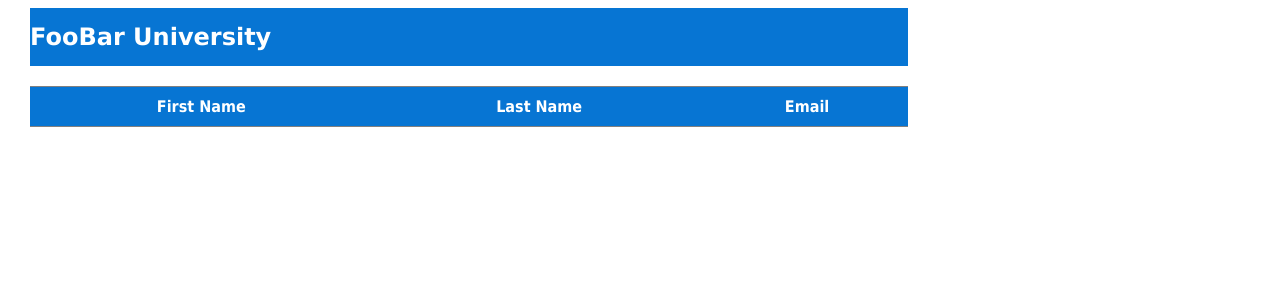
Repository: sanjeev11235/Arch1
Page: http://localhost/web-student-tracker-jstl/StudentControllerServlet
These files come from the project's save history. The page is drawn as it stood at one moment and after the next save; the edit follows.
The browser window is 1280 px wide. The pictures show the whole page.
The page is served by Tomcat 9. Other server files are loaded and not shown. Queries for data that is not in the repository find no rows.

Above is the page before, as saved 2019-10-23 10:55:36.

### JSP-Servlets-JDBC/web-student-tracker-jstl/WebContent/list-students.jsp
<%@ page language="java" contentType="text/html; charset=ISO-8859-1"
    pageEncoding="ISO-8859-1"%>
<%@ taglib uri="http://java.sun.com/jsp/jstl/core" prefix="c" %>
<!DOCTYPE html>
<html>
	<head>
		<meta charset="ISO-8859-1">
		<title>Student Tracker App</title>
		<link type="text/css" rel="stylesheet" href="css/style.css">
	</head>

	<body>
		<div id ="wrapper">
			<div id="header">
				<h2>FooBar University</h2>
			</div>
		</div>

		<div id="container">
			<div id="content">
				<table>
					<tr>
						<th>First Name</th>
						<th>Last Name</th>
						<th>Email</th>
					</tr>


					<c:forEach var="tempStudent" items="${STUDENT_LIST}">
					<tr>
						<td>${tempStudent.firstName}</td>
						<td>${tempStudent.lastName}</td>
						<td>${tempStudent.email}</td>
					</tr>
					</c:forEach>
				</table>

			</div>
		</div>
	</body>
</html>

### JSP-Servlets-JDBC/web-student-tracker-jstl/src/com/san/web/jdbc/StudentControllerServlet.java
package com.san.web.jdbc;

import java.io.IOException;
import java.util.List;

import javax.annotation.Resource;
import javax.servlet.RequestDispatcher;
import javax.servlet.ServletException;
import javax.servlet.annotation.WebServlet;
import javax.servlet.http.HttpServlet;
import javax.servlet.http.HttpServletRequest;
import javax.servlet.http.HttpServletResponse;
import javax.sql.DataSource;

/**
 * Servlet implementation class StudentControllerServlet
 */
@WebServlet("/StudentControllerServlet")
public class StudentControllerServlet extends HttpServlet {
	private static final long serialVersionUID = 1L;

	private StudentDbUtil studentDbUtil;

	@Resource(name="jdbc/web_student_tracker")
	private DataSource dataSource;



	@Override
	public void init() throws ServletException {
		super.init();

		//create our student db util .. and pass in the conn pool/ datasource
		try {
			studentDbUtil= new StudentDbUtil(dataSource);
		}
		catch (Exception e) {
			throw new ServletException(e);
		}

	}



	/**
	 * @see HttpServlet#doGet(HttpServletRequest request, HttpServletResponse response)
	 */
	protected void doGet(HttpServletRequest request, HttpServletResponse response) throws ServletException, IOException {

		// list the students .. in MVC fashion
		try {
			listStudent(request,response);
		} catch (Exception e) {
			// TODO Auto-generated catch block
			throw new ServletException(e);
		}
	}



	private void listStudent(HttpServletRequest request, HttpServletResponse response) throws Exception {

		// get students from db util
		List<Student> students = studentDbUtil.getStudents();

		// add students to the request
		request.setAttribute("STUDENT_LIST", students);

		//send to JSP page
		RequestDispatcher dispatcher =request.getRequestDispatcher("/list-students.jsp");
		dispatcher.forward(request, response);
	}



}

### JSP-Servlets-JDBC/web-student-tracker-jstl/WebContent/css/style.css
html, body{
	margin-left:15px; margin-right:15px;
	padding:0px;
	font-family:Verdana, Arial, Helvetica, sans-serif;
}

table {
	border-collapse:collapse;
	border-bottom:1px solid gray;
	font-family: Tahoma,Verdana,Segoe,sans-serif;
	width:72%;
}

th {
	border-bottom:1px solid gray;
	background:none repeat scroll 0 0 #0775d3;
	padding:10px;
	color: #FFFFFF;
}

tr {
	border-top:1px solid gray;
	text-align:center;
}

tr:nth-child(even) {background: #FFFFFF}
tr:nth-child(odd) {background: #BBBBBB}

#wrapper {width: 100%; margin-top: 0px; }
#header {width: 72%; background: #0775d3; margin-top: 0px; padding:15px 0px 15px 0px;}
#header h2 {width: 100%; margin:auto; color: #FFFFFF;}
#container {width: 100%; margin:auto}
#container h3 {color: #000;}
#container #content {margin-top: 20px;}

.add-student-button {
	border: 1px solid #666;
	border-radius: 5px;
	padding: 4px;
	font-size: 12px;
	font-weight: bold;
	width: 120px;
	padding: 5px 10px;

	margin-bottom: 15px;
	background: #cccccc;
}

After the next save:
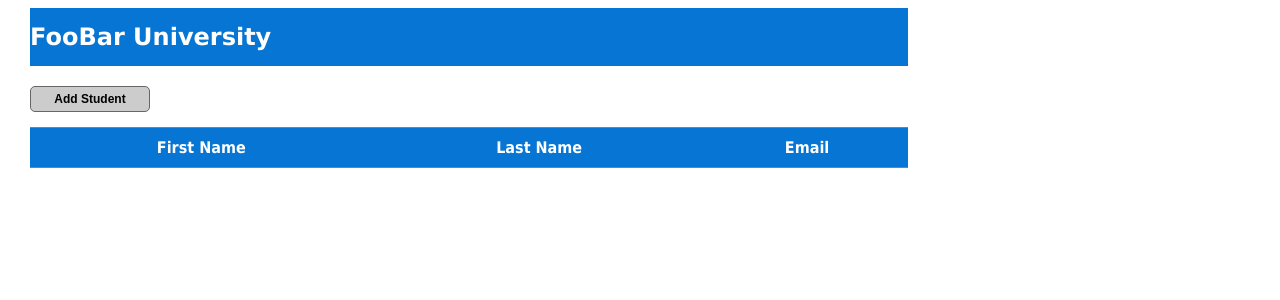
Saved 9 min 46 s later.
--- a/JSP-Servlets-JDBC/web-student-tracker-jstl/WebContent/list-students.jsp
+++ b/JSP-Servlets-JDBC/web-student-tracker-jstl/WebContent/list-students.jsp
@@ -18,6 +18,8 @@
 
 		<div id="container">
 			<div id="content">
+			<!-- put new button: Add Student -->
+			<input type="button" value="Add Student" onclick="window.location.href='add-student.jsp'; return false; " class="add-student-button"/>
 				<table>
 					<tr>
 						<th>First Name</th>
